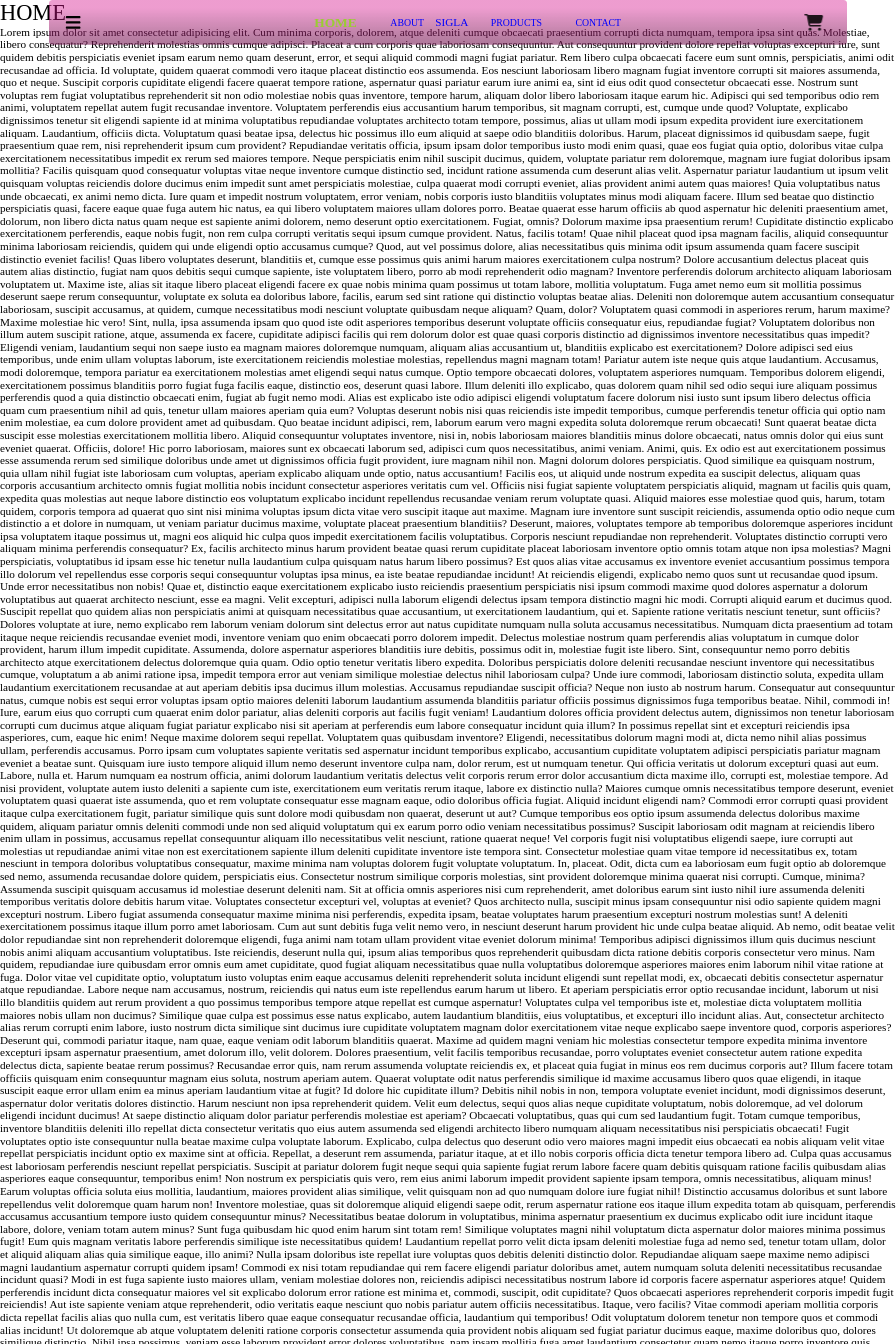
Repository: RalucaZota/cakeshop
Page: /
These files come from the project's save history. The page is drawn as it stood at one moment and after the next save; the edit follows.
The browser window is 1280 px wide. The pictures show the part of the page from y = 0 to 1920 px (the page is 7111 px tall), at 70% of full size.
The project was rebuilt for these pictures with package versions that can differ from the ones it lists, and the page was loaded fresh each time. Also part of the build but not shown: vite.config.js, src/views/Products.vue, src/views/About.vue, src/views/Contact.vue.

Above is the page before, as saved 2023-06-04 12:10:02.

### src/assets/main.css
@import './base.css';

#app {
  margin: 0 auto;

  font-weight: normal;
}

### src/App.vue
<script setup>
import Navbar from "./components/Navbar.vue"

</script>

<template>
<navbar/>
</template>

<style scoped>

</style>

### src/assets/base.css
/* color palette from <https://github.com/vuejs/theme> */
:root {
  --vt-c-white: #ffffff;
  --vt-c-white-soft: #f8f8f8;
  --vt-c-white-mute: #f2f2f2;

  --vt-c-black: #181818;
  --vt-c-black-soft: #222222;
  --vt-c-black-mute: #282828;

  --vt-c-indigo: #2c3e50;

  --vt-c-divider-light-1: rgba(60, 60, 60, 0.29);
  --vt-c-divider-light-2: rgba(60, 60, 60, 0.12);
  --vt-c-divider-dark-1: rgba(84, 84, 84, 0.65);
  --vt-c-divider-dark-2: rgba(84, 84, 84, 0.48);

  --vt-c-text-light-1: var(--vt-c-indigo);
  --vt-c-text-light-2: rgba(60, 60, 60, 0.66);
  --vt-c-text-dark-1: var(--vt-c-white);
  --vt-c-text-dark-2: rgba(235, 235, 235, 0.64);
}

/* semantic color variables for this project */
:root {
  --color-background: var(--vt-c-white);
  --color-background-soft: var(--vt-c-white-soft);
  --color-background-mute: var(--vt-c-white-mute);

  --color-border: var(--vt-c-divider-light-2);
  --color-border-hover: var(--vt-c-divider-light-1);

  --color-heading: var(--vt-c-text-light-1);
  --color-text: var(--vt-c-text-light-1);

  --section-gap: 160px;
}

@media (prefers-color-scheme: dark) {
  :root {
    --color-background: var(--vt-c-black);
    --color-background-soft: var(--vt-c-black-soft);
    --color-background-mute: var(--vt-c-black-mute);

    --color-border: var(--vt-c-divider-dark-2);
    --color-border-hover: var(--vt-c-divider-dark-1);

    --color-heading: var(--vt-c-text-dark-1);
    --color-text: var(--vt-c-text-dark-2);
  }
}

*,
*::before,
*::after {
  box-sizing: border-box;
  margin: 0;
  font-weight: normal;
}

### src/components/Navbar.vue
<template>
  <header :class="{ 'scrolled-nav': scrolledNav }">
    <nav >
      <div class="cart">
          <font-awesome-icon icon="fa-solid fa-cart-shopping" fade size="xl" />
        </div>
      <ul class="navigation" v-show="!mobile">
        <li>
          <RouterLink active-class="active" :to="{ name: 'home' }" class=" link"
            >Home</RouterLink
          >
        </li>
        <li>
          <RouterLink active-class="active" :to="{ name: 'about' }" class=" link"
            >About</RouterLink
          >
        </li>
        <div class="branding">SIGLA</div>
        <li>
          <RouterLink active-class="active" :to="{ name: 'products' }" class=" link"
            >Products</RouterLink
          >
        </li>
        <li>
          <RouterLink active-class="active" :to="{ name: 'contact' }" class=" link"
            >Contact</RouterLink
          >
        </li>
      </ul>
        <div class="icon">
          <font-awesome-icon icon="fa-solid fa-bars" size="lg" @click="openMobileNav" v-show="showIcon"  class="burger" :class="{'icon-active': mobileNav}"/>
          <font-awesome-icon  v-show="!showIcon" icon="fa-solid fa-xmark"  @click="closeMobileNav" size="xl" />
        </div>

      <transition name="mobile-nav">

        <ul v-show="mobileNav" class="dropdown-nav">
          <li>
            <RouterLink active-class="active" :to="{ name: 'home' }" class="link"
              >Home</RouterLink
            >
          </li>
          <li>
            <RouterLink active-class="active" :to="{ name: 'about' }" class=" link"
              >About</RouterLink
            >
          </li>
          <li>
            <RouterLink active-class="active" :to="{ name: 'products' }" class=" link"
              >Products</RouterLink
            >
          </li>
          <li>
            <RouterLink active-class="active" :to="{ name: 'contact' }" class=" link"
              >Contact</RouterLink
            >
          </li>
        </ul>
      </transition>
    </nav>
  </header>

  <RouterView />
</template>
<script>
import { RouterLink, RouterView } from 'vue-router'
import Home from '../views/Home.vue'
import Products from '../views/Products.vue'
import About from '../views/About.vue'
import Contact from '../views/Contact.vue'
export default {
  name: 'navbar',
  components: {
    Home,
    Products,
    About,
    Contact
  },
  data(){
    return {
      scrolledNav: null,
      mobile: null,
      mobileNav: null,
      windowWidth: null,
      showIcon: true
    }
  },
  created(){
    window.addEventListener('resize', this.checkScreen);
    this.checkScreen()
  },
  mounted(){
    window.addEventListener('scroll', this.updateScroll)
  },
  methods:{
    openMobileNav(){
      this.mobileNav = true
      this.showIcon = false
    },
    closeMobileNav(){
      this.mobileNav = false
      this.showIcon = true
    },

    updateScroll(){
      const scrollPosition =  window.scrollY;
      if (scrollPosition > 50){
        this.scrolledNav = true;
        return;
      }
      this.scrolledNav = false
    },
    checkScreen(){
      this.windowWidth = window.innerWidth;
      if( this.windowWidth <= 750){
        this.mobile = true;
        return;
      }
      this.mobile = false;
      this.mobileNav = false;
    }
  }
}
</script>
<style lang="scss">
@import '../styles/Navbar.scss';
</style>

### src/styles/Navbar.scss
header{
    width: 100%;
    position: fixed;
    transition: 0.5s ease all;
    background-color: transparent;
    z-index: 99;
    color: transparent;
    nav{
        display: flex;
        align-items: center;
        justify-content: space-evenly;
        flex-direction: row;

        background: rgb(213,18,140);
        background: linear-gradient(180deg, rgba(213,18,140,0.4150035014005602) 18%, rgba(121,25,85,0.577468487394958) 93%);
        transition: 0.5s ease all;
        opacity: 10;
        padding: 5px 0;
        border-radius: 5px;
        width: 90%;
        margin: 0 auto;
        text-decoration: none;
        position: relative;


        @media (min-width: 1140px) {
            max-width: 1140px;
        }
        @media (max-width: 749px) {
            width: 100%;
            padding: 20px;
        }
        ul,
        .link {
            font-weight: 500;
            color: blue;
            list-style: none;
            text-decoration: none;
        }
        li {
            text-transform: uppercase;
            padding: 16px;
            margin-left: 16px;
        }

        .link {
            font-size: 14px;
            transition: 0.5s ease all;
            padding-bottom: 4px;
            border-bottom:  1px solid transparent;
            &:hover {
                color: aquamarine;
                border-color: purple;
            }
        }
        .branding {
            display: flex;
            align-items: center;

            // img {
            //     width: 50px;
            //     transition: .5s ease all;
            // }
        }

        .active{
        font-weight: bold;
        color: yellowgreen;
        font-weight: 600;
        text-decoration: none;
        font-size: larger;
        }
        .cart{
        position: absolute;
        right: 3%;
        color: black;
        font-weight: 700;
    }
        .navigation {
            display: flex;
            align-items: center;
            flex: 1;
            justify-content: center;
    }
        .icon{
            display: flex;
            align-items: center;
            position: absolute;
            top: 0;
            left: 24px;
            height: 100%;
            color: black;
            .burger{
            cursor: pointer;
            font-size: 24px;
            transition: .8s ease all;
            &:hover{
                transform: rotate(180deg);
                color: aquamarine;
            }
        }
    }
        .icon-active{
            transform: rotate(180deg);
            color: aquamarine;
    }
        .dropdown-nav{
            display: flex;
            flex-direction: column;
            align-items: center;
            position: fixed;
            width: 100%;
            max-width: 215px;
            height: 100%;
            background-color: plum;
            top: 6.5%;
            left: 0;
            padding-left: 0px;

            li{
                margin-left: 0;
                .link{
                    color: black;
            }
        }

    }
        .mobile-nav-enter-active, .mobile-nav-leave-active {
            transition:  1s ease all;
        }
        .mobile-nav-enter-from, .mobile-nav-leave-to {
            transform: translateX((-250px));
        }
        .mobile-nav-enter-to {
            transform: translateX((0));
        }

}
}
.scrolled-nav{
    // box-shadow: 0 4px 6px -1px rgba(0, 0, 0, 0.1), 0 2px 4px -1px rgba(0, 0, 0, 0.06);
        nav{
            padding: 8px 0;
            .branding{
            // img{
            //     width: 40px;
            //     box-shadow: 0 4px 6px -1px rgba(0, 0, 0, 0.1), 0 2px 4px -1px rgba(0, 0, 0, 0.06);

            // }
        }
    }
}

Loaded but not shown: index.html (common file); src/router/index.js (20 lines, source omitted); src/main.js (28 lines, source omitted); src/views/Home.vue (13 lines, source omitted)

After the next save:
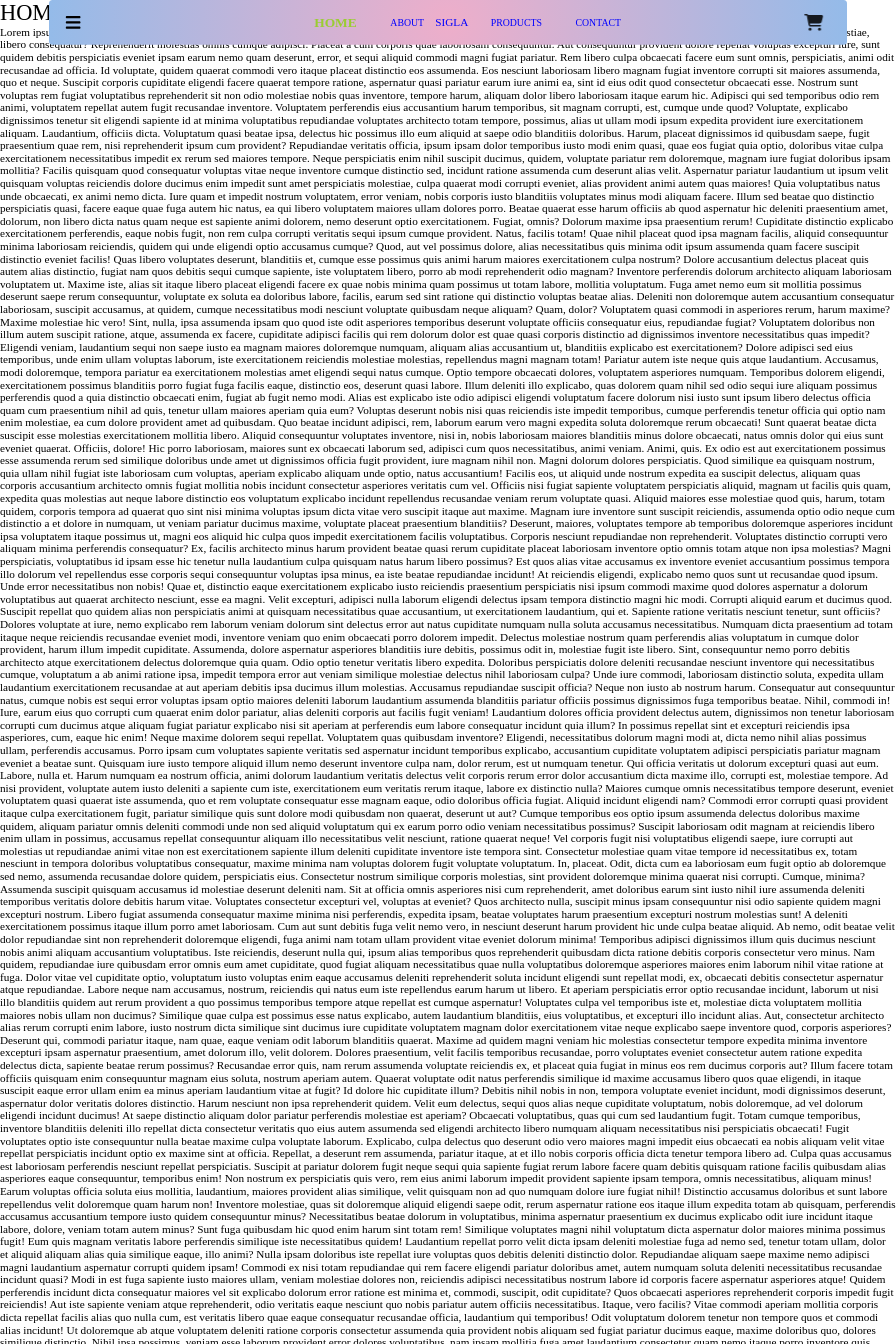
Saved 40 s later.
--- a/src/styles/Navbar.scss
+++ b/src/styles/Navbar.scss
@@ -12,9 +12,9 @@ header{
         flex-direction: row;
 
         background: rgb(213,18,140);
-        background: linear-gradient(180deg, rgba(213,18,140,0.4150035014005602) 18%, rgba(121,25,85,0.577468487394958) 93%);
+        background: rgb(238,174,202);
+        background: radial-gradient(circle, rgba(238,174,202,1) 0%, rgba(148,187,233,1) 100%);
         transition: 0.5s ease all;
-        opacity: 10;
         padding: 5px 0;
         border-radius: 5px;
         width: 90%;
